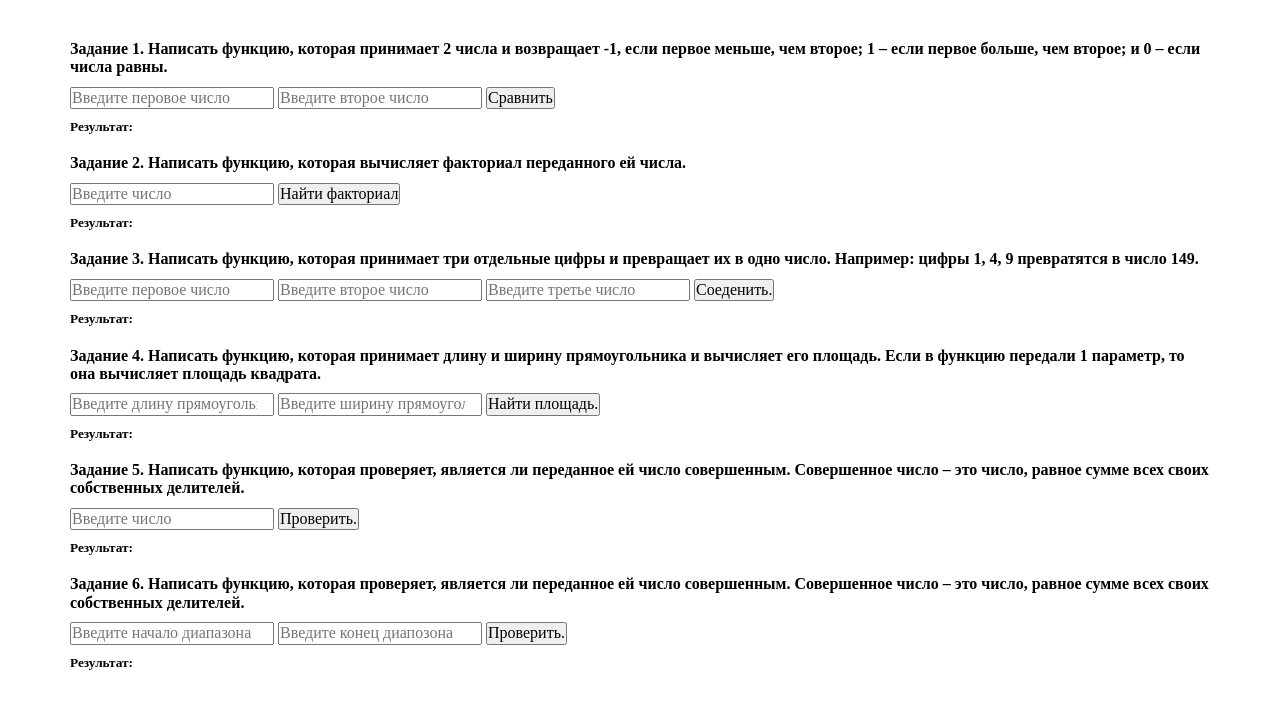
Repository: NastyaGavrilova/Beetroot-js
Page: HW3/index.html
An editor plug-in stored every save of this project. The page is shown before and after the next save, followed by the edit.
The browser window is 1280 px wide. The pictures show the whole page.

Above is the page before, as saved 2021-10-18 17:00:34.

After the next save:
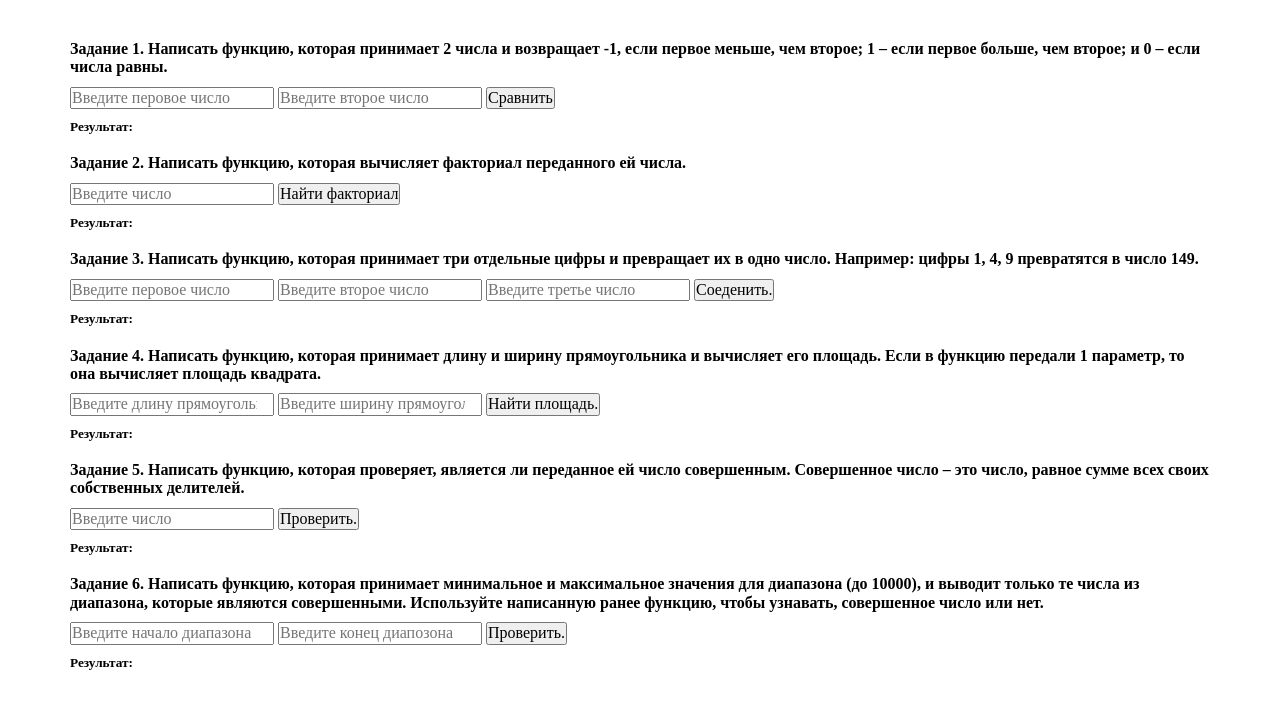
Saved 19 s later.
--- a/HW3/index.html
+++ b/HW3/index.html
@@ -138,9 +138,10 @@
 
     <section class="c-task-six c-tasks">
       <h4 class="c-task-six__title c-title">
-        Задание 6. Написать функцию, которая проверяет, является ли переданное
-        ей число совершенным. Совершенное число – это число, равное сумме всех
-        своих собственных делителей.
+        Задание 6. Написать функцию, которая принимает минимальное и
+        максимальное значения для диапазона (до 10000), и выводит только те
+        числа из диапазона, которые являются совершенными. Используйте
+        написанную ранее функцию, чтобы узнавать, совершенное число или нет.
       </h4>
       <form
         action="#"
